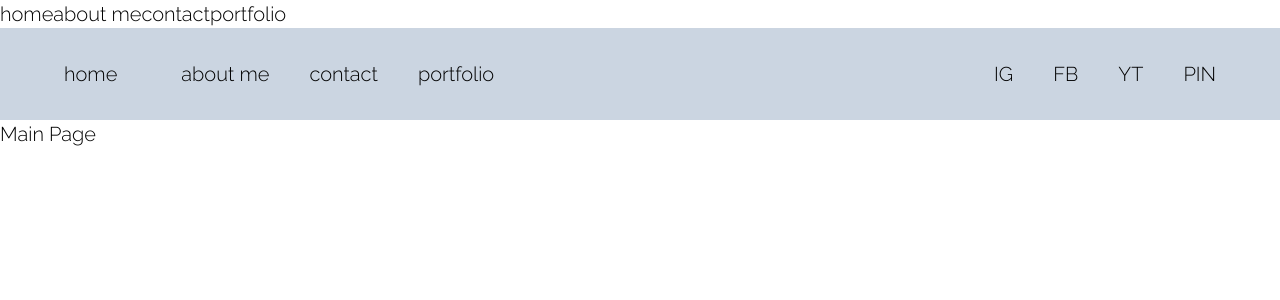
Repository: hubertrh/klaudia-personal-next
Page: /
The author's editor kept a copy of each file at every save. The page is drawn from the files as they stood at one save, then again after the next save.
The browser window is 1280 px wide. The pictures show the whole page.
The project was rebuilt for these pictures with package versions that can differ from the ones it lists, and the page was loaded fresh each time. The framework's server and built-in components were replaced by stand-ins that run in the browser. Also part of the build but not shown: next.config.js.

Above is the page before, as saved 2023-08-11 13:46:07.

After the next save:
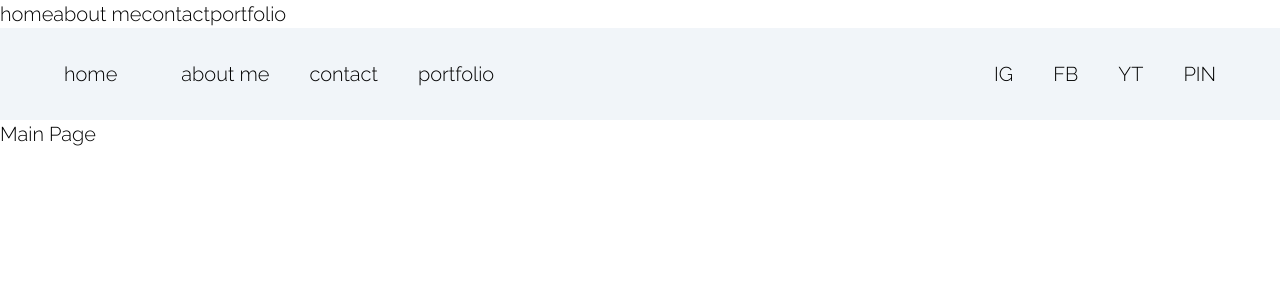
Saved 21 s later.
--- a/app/(site)/layout.tsx
+++ b/app/(site)/layout.tsx
@@ -18,7 +18,7 @@ export default function RootLayout({
   return (
     <html lang="en">
       <body className={`${raleway.className} text-xl`}>
-        <header className="flex justify-between bg-slate-300 px-16 py-8">
+        <header className="flex justify-between bg-slate-100 px-16 py-8">
           <nav>
             <Link className="nav-link !pr-16" href="#!">
               home
